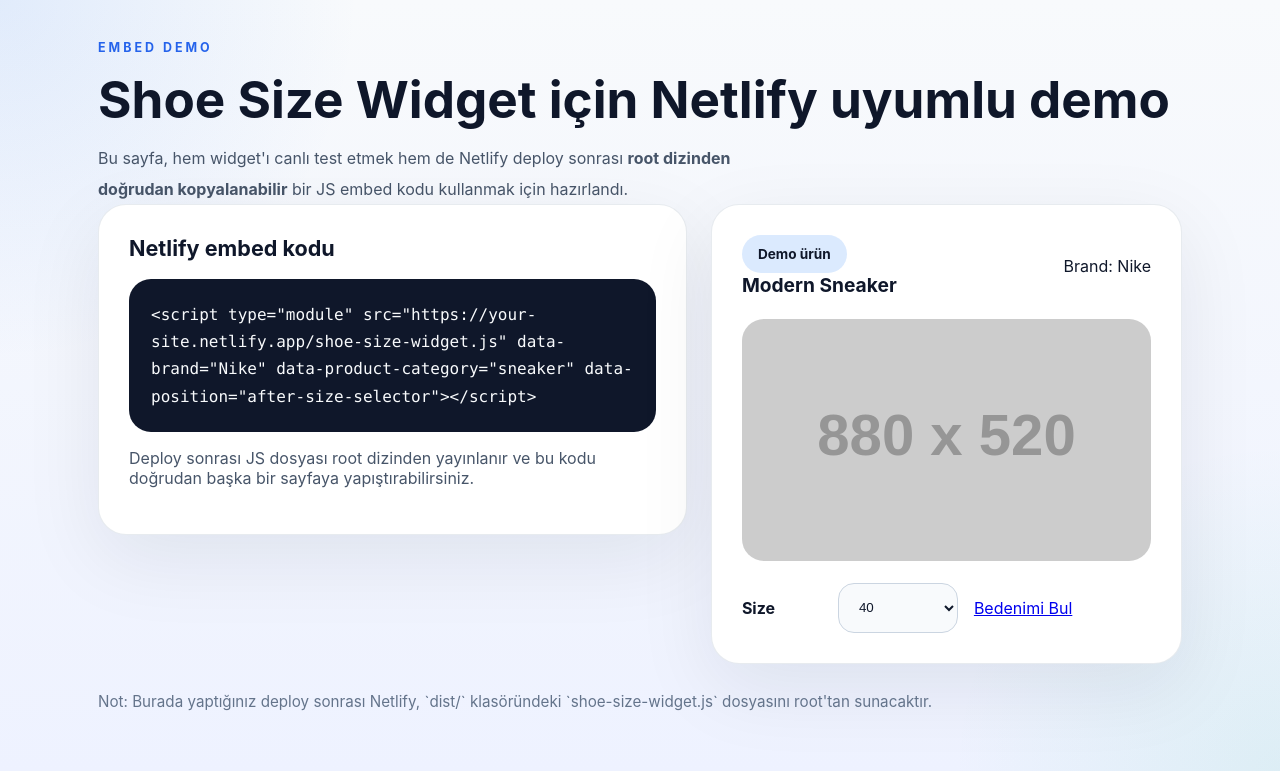
Repository: h-kod/sizeselect
Page: /
An editor plug-in stored every save of this project. The page is shown before and after a run of saves, followed by the edit.
The browser window is 1280 px wide. The pictures show the whole page.
The project was rebuilt for these pictures with package versions that can differ from the ones it lists, and the page was loaded fresh each time. Also part of the build but not shown: vite.config.ts.

Above is the page before, as saved 2026-06-07 05:12:14.

### index.html
<!doctype html>
<html lang="tr">
  <head>
    <meta charset="utf-8" />
    <meta name="viewport" content="width=device-width, initial-scale=1.0" />
    <title>Shoe Size Widget Demo</title>
    <style>
      :root {
        color-scheme: light;
        color: #0f172a;
        background: #f8fafc;
        font-family: Inter, ui-sans-serif, system-ui, -apple-system, BlinkMacSystemFont, "Segoe UI", sans-serif;
      }
      * {
        box-sizing: border-box;
      }
      html, body {
        margin: 0;
        min-height: 100vh;
        overflow-x: hidden;
      }
      body {
        background: radial-gradient(circle at top left, rgba(59,130,246,0.12), transparent 24%),
          radial-gradient(circle at bottom right, rgba(16,185,129,0.08), transparent 22%),
          linear-gradient(180deg, #f8fafc 0%, #eef2ff 100%);
      }
      main {
        max-width: 1120px;
        margin: 0 auto;
        padding: 40px 18px 60px;
      }
      .hero {
        display: grid;
        gap: 28px;
      }
      .hero-headline {
        display: flex;
        flex-direction: column;
        gap: 18px;
      }
      .eyebrow {
        text-transform: uppercase;
        letter-spacing: 0.24em;
        font-size: 0.78rem;
        color: #2563eb;
        font-weight: 700;
      }
      h1 {
        margin: 0;
        font-size: clamp(2.4rem, 4vw, 3.6rem);
        line-height: 1.02;
      }
      .lede {
        margin: 0;
        max-width: 44rem;
        color: #475569;
        font-size: 1rem;
        line-height: 1.9;
      }
      .grid-2 {
        display: grid;
        gap: 24px;
        min-width: 0;
      }
      .card {
        background: #ffffff;
        border: 1px solid rgba(148, 163, 184, 0.22);
        border-radius: 28px;
        box-shadow: 0 24px 80px rgba(15, 23, 42, 0.08);
        padding: 30px;
        min-width: 0;
      }
      .card h2 {
        margin-top: 0;
        margin-bottom: 18px;
        font-size: 1.35rem;
      }
      .product-panel {
        display: grid;
        gap: 22px;
        min-width: 0;
      }
      .product-meta {
        display: flex;
        flex-wrap: wrap;
        justify-content: space-between;
        align-items: center;
        gap: 14px;
        min-width: 0;
      }
      .product-meta strong {
        display: block;
        font-size: 1.2rem;
      }
      .product-meta .tag {
        display: inline-flex;
        padding: 0.7rem 1rem;
        border-radius: 999px;
        color: #0f172a;
        background: #dbeafe;
        font-size: 0.85rem;
        font-weight: 700;
      }
      .product-panel img {
        width: 100%;
        border-radius: 22px;
        min-height: 200px;
        object-fit: cover;
      }
      .control-row {
        display: flex;
        flex-wrap: wrap;
        gap: 16px;
        align-items: center;
      }
      label {
        font-weight: 700;
        min-width: 80px;
      }
      select {
        min-width: 120px;
        padding: 0.95rem 1rem;
        border-radius: 16px;
        border: 1px solid #cbd5e1;
        background: #f8fafc;
        color: #0f172a;
      }
      .code-block {
        margin: 0;
        padding: 22px;
        border-radius: 22px;
        background: #0f172a;
        color: #f8fafc;
        font-family: ui-monospace, SFMono-Regular, Menlo, Monaco, Consolas, "Liberation Mono", "Courier New", monospace;
        line-height: 1.7;
        white-space: pre-wrap;
        word-break: break-word;
      }
      .note {
        margin-top: 16px;
        color: #475569;
      }
      .feature-list li {
        padding-left: 28px;
        position: relative;
      }
      .feature-list li::before {
        content: "✔";
        position: absolute;
        left: 0;
        top: 0;
        color: #2563eb;
      }
      footer {
        margin-top: 28px;
        color: #64748b;
        font-size: 0.95rem;
      }
      @media (min-width: 960px) {
        .grid-2 {
          grid-template-columns: 1fr 0.8fr;
          align-items: start;
        }
      }
      @media (max-width: 720px) {
        main {
          padding: 28px 18px 40px;
        }
        .product-meta {
          flex-direction: column;
          align-items: flex-start;
        }
      }
    </style>
  </head>
  <body>
    <main>
      <section class="hero-headline">
        <span class="eyebrow">Embed demo</span>
        <h1>Shoe Size Widget için Netlify uyumlu demo</h1>
        <p class="lede">Bu sayfa, hem widget'ı canlı test etmek hem de Netlify deploy sonrası <strong>root dizinden doğrudan kopyalanabilir</strong> bir JS embed kodu kullanmak için hazırlandı.</p>
      </section>

      <section class="grid-2">
        <article class="card">
          <h2>Netlify embed kodu</h2>
          <pre class="code-block">&lt;script type="module" src="https://your-site.netlify.app/shoe-size-widget.js" data-brand="Nike" data-product-category="sneaker" data-position="after-size-selector"&gt;&lt;/script&gt;</pre>
          <p class="note">Deploy sonrası JS dosyası root dizinden yayınlanır ve bu kodu doğrudan başka bir sayfaya yapıştırabilirsiniz.</p>
        </article>

        <article class="card product-panel">
          <div class="product-meta">
            <div>
              <span class="tag">Demo ürün</span>
              <strong>Modern Sneaker</strong>
            </div>
            <span>Brand: Nike</span>
          </div>
          <img src="https://via.placeholder.com/880x520?text=Modern+Sneaker" alt="Modern Sneaker" />
          <div class="control-row">
            <label for="size-select">Size</label>
            <select id="size-select" name="size">
              <option>40</option>
              <option>41</option>
              <option>42</option>
              <option>42.5</option>
              <option>43</option>
              <option>44</option>
            </select>
          </div>
        </article>
      </section>

      <footer>Not: Burada yaptığınız deploy sonrası Netlify, `dist/` klasöründeki `shoe-size-widget.js` dosyasını root'tan sunacaktır.</footer>
    </main>

    <script type="module" src="/src/widget/embed.ts" data-brand="Nike" data-product-category="sneaker" data-position="after-size-selector"></script>
  </body>
</html>

### src/widget/embed.ts
import React from 'react'
import { createRoot } from 'react-dom/client'
import ShoeSizeWidget from './ShoeSizeWidget'
import cssText from '../styles/widget.css?inline'

function injectIntoShadow(rootEl:HTMLElement, brand:string){
  const host = document.createElement('div')
  const shadow = host.attachShadow({mode:'open'})
  const style = document.createElement('style')
  style.textContent = cssText
  shadow.appendChild(style)
  const mount = document.createElement('div')
  shadow.appendChild(mount)
  rootEl.appendChild(host)
  const r = createRoot(mount)
  r.render(React.createElement(ShoeSizeWidget,{targetBrand:brand}))
}

function findInsertTarget(position:string){
  if(position === 'after-size-selector'){
    const sel = document.querySelector('select[name*="size"], select[id*="size"], select')
    if(sel && sel.parentElement) return sel.parentElement
  }
  return document.body
}

function init(){
  const script = document.currentScript as HTMLScriptElement | null
  const brand = script?.dataset.brand || 'Nike'
  const pos = script?.dataset.position || 'after-size-selector'
  const target = findInsertTarget(pos)
  if(!target) return
  // create small link if there's no obvious size area
  const wrapper = document.createElement('div')
  wrapper.style.display = 'inline-block'
  const link = document.createElement('a')
  link.textContent = 'Bedenimi Bul'
  link.href = '#'
  link.className = 'ssw-open-link'
  link.onclick = (e)=>{ e.preventDefault(); injectIntoShadow(wrapper, brand); document.querySelector('.ssw-open-link')?.remove() }
  wrapper.appendChild(link)
  target.appendChild(wrapper)
}

init()

### src/styles/widget.css
:host{font-family:Inter,system-ui,Segoe UI,Roboto,"Helvetica Neue",Arial;color:#111;line-height:1.5;box-sizing:border-box}
*,*:before,*:after{box-sizing:inherit}
.ssw-overlay{position:fixed;inset:0;background:rgba(15,23,42,0.35);backdrop-filter:blur(2px);z-index:9998}
.ssw-drawer{position:fixed;right:0;top:0;height:100%;width:420px;max-width:100%;background:#ffffff;box-shadow:-18px 0 44px rgba(15,23,42,0.18);z-index:9999;transform:translateX(100%);transition:transform .28s ease,box-shadow .28s ease;display:flex;flex-direction:column}
.ssw-drawer.open{transform:translateX(0)}
.ssw-header{padding:24px 24px 16px;border-bottom:1px solid #f1f5f9;background:#fff}
.ssw-title{margin:0;font-size:1.25rem;font-weight:700;letter-spacing:-0.02em}
.ssw-subtitle{margin:10px 0 0;color:#475569;font-size:0.95rem;max-width:92%}
.ssw-body{padding:16px 24px 120px;overflow:auto;flex:1}
.ssw-footer{position:absolute;left:0;right:0;bottom:0;padding:16px 24px;border-top:1px solid #f1f5f9;background:#fff;display:flex;gap:12px;justify-content:space-between;align-items:center}
.ssw-button{background:#0f172a;color:#fff;padding:14px 18px;border-radius:14px;border:none;font-weight:700;cursor:pointer;min-width:140px;transition:transform .16s ease,background .16s ease}
.ssw-button:hover{transform:translateY(-1px);background:#0b1220}
.ssw-secondary{background:#f1f5f9;color:#0f172a}
.ssw-secondary:hover{background:#e2e8f0}
.ssw-link{color:#2563eb;cursor:pointer;text-decoration:none;font-weight:600}
.ssw-footer .ssw-link{font-size:0.95rem}
.result-card{padding:18px;border-radius:20px;background:linear-gradient(180deg,rgba(236,246,255,0.95),#f8fbff);border:1px solid #dbeafe;box-shadow:0 8px 24px rgba(15,23,42,0.06)}
.ssw-section{margin-top:22px}
.ssw-section:first-of-type{margin-top:0}
.ssw-label{display:block;margin-bottom:10px;font-size:0.95rem;font-weight:600;color:#334155}
.ssw-input,
.ssw-select,
.ssw-textarea{width:100%;border:1px solid #e2e8f0;border-radius:14px;padding:12px 14px;font-size:0.95rem;color:#0f172a;background:#fff;outline:none;transition:border-color .16s ease,box-shadow .16s ease}
.ssw-input:focus,
.ssw-select:focus{border-color:#2563eb;box-shadow:0 0 0 4px rgba(37,99,235,0.12)}
.ssw-pill-group{display:flex;flex-wrap:wrap;gap:10px}
.ssw-pill{border:1px solid #e2e8f0;border-radius:999px;padding:10px 14px;font-size:0.95rem;background:#f8fafc;color:#0f172a;cursor:pointer;transition:transform .16s ease,background .16s ease,border-color .16s ease}
.ssw-pill.active{background:#0f172a;color:#fff;border-color:#0f172a}
.ssw-pill:hover{transform:translateY(-1px);background:#e2e8f0}
.ssw-brand-grid{display:grid;grid-template-columns:repeat(2,minmax(0,1fr));gap:12px;margin-top:12px}
.ssw-brand-card{display:flex;align-items:center;gap:12px;padding:14px 16px;border-radius:18px;border:1px solid #e2e8f0;background:#fff;cursor:pointer;transition:transform .16s ease,box-shadow .16s ease,border-color .16s ease;text-align:left}
.ssw-brand-card:hover{transform:translateY(-1px);box-shadow:0 16px 40px rgba(15,23,42,0.08)}
.ssw-brand-card.active{border-color:#2563eb;box-shadow:0 20px 45px rgba(37,99,235,0.16)}
.ssw-brand-avatar{display:inline-flex;align-items:center;justify-content:center;width:40px;height:40px;border-radius:50%;color:#fff;font-weight:700;font-size:0.95rem;flex-shrink:0}
.ssw-brand-card strong{display:block;font-size:0.95rem;margin-bottom:4px;color:#111827}
.ssw-brand-card small{display:block;color:#64748b;font-size:0.82rem}
.ssw-chip{display:inline-flex;align-items:center;gap:8px;padding:10px 14px;border-radius:14px;background:#eff6ff;color:#0f172a;border:1px solid #dbeafe;font-size:0.95rem}
.ssw-tile{padding:16px;border-radius:20px;background:#f8fafc;border:1px solid #e2e8f0}
.ssw-stepper{display:flex;gap:8px;flex-wrap:wrap;margin-bottom:18px}
.ssw-step{padding:8px 12px;border-radius:999px;font-size:0.85rem;background:#f8fafc;color:#475569}
.ssw-step.active{background:#0f172a;color:#fff}
.ssw-description{color:#475569;font-size:0.95rem;line-height:1.7;margin-top:12px}
.ssw-section-note{margin-top:10px;color:#64748b;font-size:0.92rem;line-height:1.6}
.ssw-brand-grid{display:grid;grid-template-columns:1fr;gap:12px;margin-top:12px}
.ssw-brand-card{width:100%;min-height:92px}
@media(max-width:640px){
  .ssw-drawer{width:100%;max-width:100%;border-top-left-radius:18px;border-top-right-radius:18px}
  .ssw-header{border-radius:0 0 18px 18px}
  .ssw-body{padding:18px 18px 140px}
  .ssw-footer{padding:16px 18px}
}

### src/widget/drawer.tsx
import React, { useEffect, useRef } from 'react'

export default function Drawer({open,onClose,children}:{open:boolean,onClose:()=>void,children:any}){
  const ref = useRef<HTMLDivElement|null>(null)
  useEffect(()=>{
    function onKey(e:KeyboardEvent){ if(e.key==='Escape') onClose() }
    if(open) document.addEventListener('keydown',onKey)
    return ()=> document.removeEventListener('keydown',onKey)
  },[open])
  return (
    <div>
      {open && <div className="ssw-overlay" onClick={onClose} />}
      <aside ref={ref} className={`ssw-drawer${open? ' open':''}`} role="dialog" aria-label="Ayakkabı numarası asistanı">
        <header className="ssw-header">
          <div style={{display:'flex',justifyContent:'space-between',alignItems:'center',gap:12}}>
            <div>
              <p className="ssw-title">Ayakkabı Numaranı Doğrula</p>
              <p className="ssw-subtitle">Kullandığın markadaki numarana göre bu üründe sana en yakın bedeni bulalım.</p>
            </div>
            <button type="button" className="ssw-secondary" onClick={onClose}>Kapat</button>
          </div>
        </header>
        <div className="ssw-body">{children}</div>
      </aside>
    </div>
  )
}

### src/components/BrandSelector.tsx
import React from 'react'
import { brandMeta } from '../data/brandMeta'

const BRANDS = Object.keys(brandMeta) as Array<keyof typeof brandMeta>

export default function BrandSelector({value,onChange}:{value:string,onChange:(v:string)=>void}){
  return (
    <div className="ssw-section">
      <label className="ssw-label">Daha önce hangi markayı giydin?</label>
      <div className="ssw-brand-grid">
        {BRANDS.map(b => {
          const meta = brandMeta[b]
          return (
            <button key={b} type="button" className={`ssw-brand-card ${value===b? 'active':''}`} onClick={()=>onChange(b)}>
              <span className="ssw-brand-avatar" style={{backgroundColor:meta.color}}>{meta.label}</span>
              <span>
                <strong>{meta.display}</strong>
                <small>{meta.caption}</small>
              </span>
            </button>
          )
        })}
      </div>
    </div>
  )
}

### src/components/SizeSelector.tsx
import React from 'react'

export default function SizeSelector({system,options,value,onChange}:{system:string,options:number[]|string[],value:string,onChange:(v:string)=>void}){
  return (
    <div className="ssw-section">
      <label className="ssw-label">Mevcut numaran</label>
      <div className="ssw-chip">{system}</div>
      <select className="ssw-select" value={value} onChange={e=>onChange(e.target.value)}>
        {options.map(o=> <option key={String(o)} value={String(o)}>{String(o)}</option>)}
      </select>
    </div>
  )
}

### src/components/FitPreference.tsx
import React from 'react'

export default function FitPreference({value,onChange}:{value:string,onChange:(v:string)=>void}){
  const opts = [{k:'dar',t:'Dar seviyorum'},{k:'normal',t:'Tam otursun'},{k:'rahat',t:'Rahat olsun'},{k:'tarakli',t:'Ayağım taraklı'}]
  return (
    <div className="ssw-section">
      <label className="ssw-label">Fit tercihin</label>
      <div className="ssw-pill-group">
        {opts.map(o=> (
          <button key={o.k} type="button" className={`ssw-pill ${value===o.k? 'active':''}`} onClick={()=>onChange(o.k)}>{o.t}</button>
        ))}
      </div>
    </div>
  )
}

### src/components/ResultCard.tsx
import React from 'react'

export default function ResultCard({recommended,alternative,fitNote,confidence}:{recommended:string,alternative:string,fitNote?:string,confidence?:number}){
  return (
    <div className="ssw-section">
      <div className="result-card">
        <div style={{display:'flex',justifyContent:'space-between',alignItems:'center',gap:12}}>
          <div>
            <p style={{margin:0,fontSize:'0.95rem',color:'#64748b'}}>Önerilen beden</p>
            <p style={{margin:'6px 0 0',fontSize:'1.5rem',fontWeight:700}}>{recommended}</p>
          </div>
          <div style={{textAlign:'right'}}>
            <p style={{margin:'0 0 6px',fontSize:'0.85rem',color:'#475569'}}>Güven</p>
            <p style={{margin:0,fontSize:'1rem',fontWeight:700}}>{confidence}%</p>
          </div>
        </div>
        <div style={{marginTop:18,display:'grid',gap:10}}>
          <div style={{display:'flex',justifyContent:'space-between'}}><span style={{color:'#475569'}}>Alternatif</span><strong>{alternative}</strong></div>
          {fitNote && <div style={{color:'#475569'}}>{fitNote}</div>}
          <div style={{background:'#eef2ff',borderRadius:14,padding:'12px 14px',color:'#0f172a'}}>
            Ayağın taraklıysa {recommended}, normal kalıpsa {alternative} tercih edebilirsin.
          </div>
        </div>
      </div>
    </div>
  )
}

### src/components/FootMeasureForm.tsx
import React, { useState } from 'react'

export default function FootMeasureForm({onMeasure}:{onMeasure:(cm:number)=>void}){
  const [val,setVal] = useState('26.5')
  return (
    <div className="ssw-section">
      <label className="ssw-label">Ayağımı ölçerek bul</label>
      <div className="ssw-tile">
        <div style={{display:'flex',gap:10,flexWrap:'wrap',alignItems:'center'}}>
          <input className="ssw-input" value={val} onChange={e=>setVal(e.target.value)} placeholder="26.5" />
          <button type="button" className="ssw-button" onClick={()=>onMeasure(Number(val))}>Hesapla</button>
        </div>
        <p className="ssw-section-note">Topuğunu duvara yasla, en uzun parmağa kadar ölç. Sonra değeri gir.</p>
      </div>
    </div>
  )
}

### src/utils/sizeConverter.ts
import { brandSizeProfiles } from '../data/brandSizeProfiles'

export type SizeSystem = 'EU' | 'US' | 'UK' | 'CM'

export function toCm(brand: string, value: number, system: SizeSystem) {
  const profile: any = (brandSizeProfiles as any)[brand]
  if (!profile) return null
  if (system === 'CM') return value
  const sizes = profile.sizes
  // find closest in given system
  const key = system.toLowerCase()
  let closest = sizes[0]
  let min = Infinity
  for (const s of sizes) {
    const v = (s as any)[key === 'us' ? 'us_m' : key === 'uk' ? 'uk_m' : 'eu']
    if (v == null) continue
    const diff = Math.abs(v - value)
    if (diff < min) {
      min = diff
      closest = s
    }
  }
  return closest.cm
}

export function findNearestSizeByCm(brand: string, cm: number) {
  const profile: any = (brandSizeProfiles as any)[brand]
  if (!profile) return null
  let best = profile.sizes[0]
  let min = Math.abs(best.cm - cm)
  for (const s of profile.sizes) {
    const d = Math.abs(s.cm - cm)
    if (d < min) {
      min = d
      best = s
    }
  }
  return best
}

export function applyFitPreference(euSize:number, pref:string){
  if(pref === 'dar') return euSize - 0.5
  if(pref === 'rahat' || pref==='tarakli') return euSize + 0.5
  return euSize
}

### src/data/brandSizeProfiles.ts
export const brandSizeProfiles = {
  Nike: {
    fitNote: 'Genellikle dar/standart kalıp. Bazı modellerde yarım numara büyük tercih edilebilir.',
    offsetFromStandard: 0.5,
    sizes: [
      { eu: 40, us_m: 7, uk_m: 6, cm: 25 },
      { eu: 41, us_m: 8, uk_m: 7, cm: 26 },
      { eu: 42, us_m: 8.5, uk_m: 7.5, cm: 26.5 },
      { eu: 42.5, us_m: 9, uk_m: 8, cm: 27 },
      { eu: 43, us_m: 9.5, uk_m: 8.5, cm: 27.5 }
    ]
  },
  Adidas: {
    fitNote: 'Genellikle standart kalıp. Nike’a göre bazı modellerde biraz daha geniş hissedilebilir.',
    offsetFromStandard: 0,
    sizes: [
      { eu: 40, us_m: 7, uk_m: 6, cm: 25.2 },
      { eu: 41, us_m: 8, uk_m: 7, cm: 26.1 },
      { eu: 42, us_m: 8.5, uk_m: 7.5, cm: 26.6 },
      { eu: 42.5, us_m: 9, uk_m: 8, cm: 27.1 },
      { eu: 43, us_m: 9.5, uk_m: 8.5, cm: 27.6 }
    ]
  }
} as const

### src/utils/domIntegration.ts
export function findSizeElement() {
  // try select
  const selectors = ['select[name*="size"]','select[id*="size"]','select']
  for(const sel of selectors){
    const el = document.querySelector(sel) as HTMLSelectElement | null
    if(el && el.options.length>0) return el
  }
  // radios
  const radios = Array.from(document.querySelectorAll('input[type="radio"]'))
  if(radios.length) return radios[0].closest('form') || radios[0]
  return null
}

export function trySelectSize(value:string){
  try{
    const sel = findSizeElement() as HTMLSelectElement | null
    if(sel && sel.tagName === 'SELECT'){
      const target = String(value).trim()
      const numericTarget = Number(target.replace(/[^\\d.]/g,''))
      // exact text match
      for(const [i,opt] of Array.from(sel.options).entries()){
        const text = opt.textContent? opt.textContent.trim() : ''
        if(text === target){ sel.selectedIndex = i; sel.dispatchEvent(new Event('change',{bubbles:true})); return true }
        const num = Number(text.replace(/[^\d.]/g,''))
        if(!Number.isNaN(num) && !Number.isNaN(numericTarget) && Math.abs(num - numericTarget) < 0.001){ sel.selectedIndex = i; sel.dispatchEvent(new Event('change',{bubbles:true})); return true }
      }
      // nearest numeric fallback
      if(!Number.isNaN(numericTarget)){
        let bestIndex = -1
        let bestDiff = Infinity
        for(const [i,opt] of Array.from(sel.options).entries()){
          const text = opt.textContent? opt.textContent.trim() : ''
          const num = Number(text.replace(/[^\d.]/g,''))
          if(Number.isNaN(num)) continue
          const d = Math.abs(num - numericTarget)
          if(d < bestDiff){ bestDiff = d; bestIndex = i }
        }
        if(bestIndex >= 0){ sel.selectedIndex = bestIndex; sel.dispatchEvent(new Event('change',{bubbles:true})); return true }
      }
    }
    // radios
    const radios = Array.from(document.querySelectorAll('input[type="radio"]')) as HTMLInputElement[]
    for(const r of radios){
      const label = (r.nextElementSibling && r.nextElementSibling.textContent) || r.value
      if(label && label.trim()===value){
        r.checked = true
        r.dispatchEvent(new Event('change',{bubbles:true}))
        return true
      }
    }
  }catch(e){ console.warn('select error',e) }
  return false
}

### src/data/brandMeta.ts
export const brandMeta = {
  Nike: { label: 'NI', display: 'Nike', color: '#111111', caption: 'Hafif dar kalıp' },
  Adidas: { label: 'AD', display: 'Adidas', color: '#000000', caption: 'Standart kalıp' },
  Puma: { label: 'PU', display: 'Puma', color: '#d62828', caption: 'Sportif ve sıkı' },
  'New Balance': { label: 'NB', display: 'New Balance', color: '#1f2937', caption: 'Rahat günlük kullanıma' },
  Converse: { label: 'CV', display: 'Converse', color: '#0f172a', caption: 'Klasik sneaker uyumu' },
  Vans: { label: 'VA', display: 'Vans', color: '#111827', caption: 'Kaykaycı tarzı' },
  Reebok: { label: 'RB', display: 'Reebok', color: '#0f766e', caption: 'Aktif spor kalıbı' },
  Skechers: { label: 'SK', display: 'Skechers', color: '#334155', caption: 'Konfor odaklı' }
} as const

Loaded but not shown: src/widget/ShoeSizeWidget.tsx (125 lines, source omitted)

After the next 2 saves:
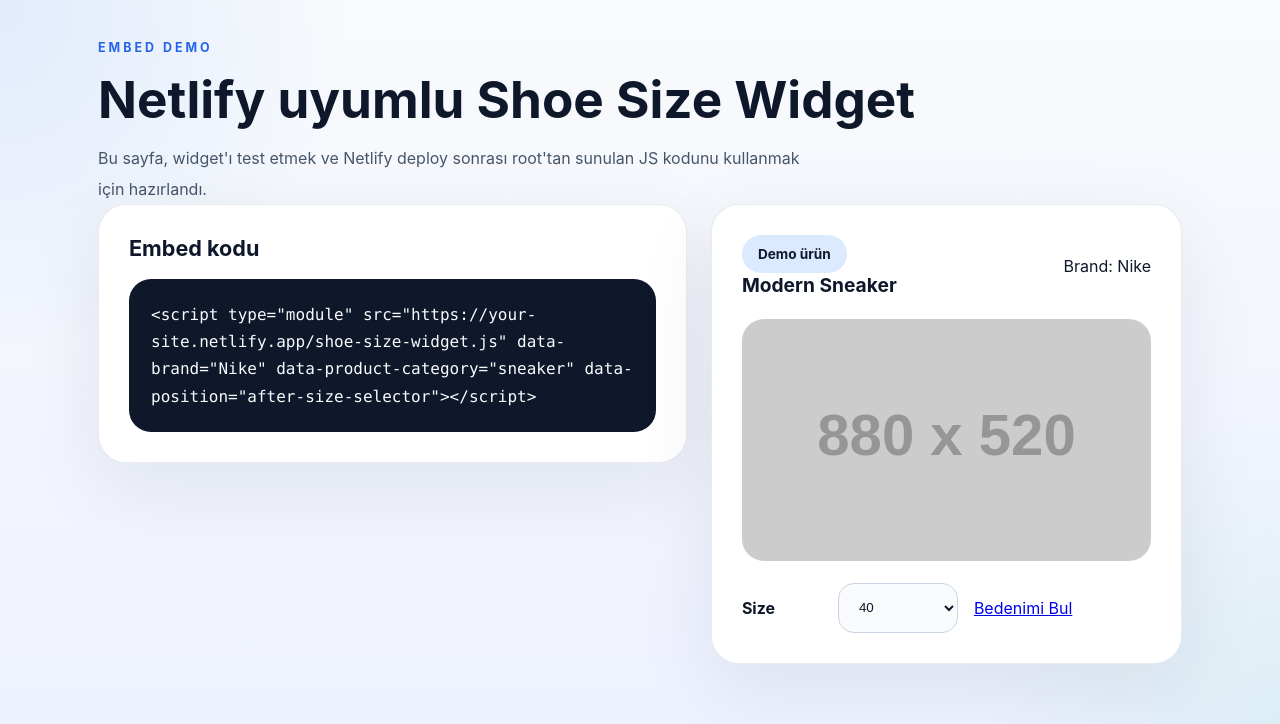
The 2 saves are shown as one change because they came seconds apart.
The last was saved 21 s later.
--- a/index.html
+++ b/index.html
@@ -177,15 +177,14 @@
     <main>
       <section class="hero-headline">
         <span class="eyebrow">Embed demo</span>
-        <h1>Shoe Size Widget için Netlify uyumlu demo</h1>
-        <p class="lede">Bu sayfa, hem widget'ı canlı test etmek hem de Netlify deploy sonrası <strong>root dizinden doğrudan kopyalanabilir</strong> bir JS embed kodu kullanmak için hazırlandı.</p>
+        <h1>Netlify uyumlu Shoe Size Widget</h1>
+        <p class="lede">Bu sayfa, widget'ı test etmek ve Netlify deploy sonrası root'tan sunulan JS kodunu kullanmak için hazırlandı.</p>
       </section>
 
       <section class="grid-2">
         <article class="card">
-          <h2>Netlify embed kodu</h2>
+          <h2>Embed kodu</h2>
           <pre class="code-block">&lt;script type="module" src="https://your-site.netlify.app/shoe-size-widget.js" data-brand="Nike" data-product-category="sneaker" data-position="after-size-selector"&gt;&lt;/script&gt;</pre>
-          <p class="note">Deploy sonrası JS dosyası root dizinden yayınlanır ve bu kodu doğrudan başka bir sayfaya yapıştırabilirsiniz.</p>
         </article>
 
         <article class="card product-panel">
@@ -211,7 +210,6 @@
         </article>
       </section>
 
-      <footer>Not: Burada yaptığınız deploy sonrası Netlify, `dist/` klasöründeki `shoe-size-widget.js` dosyasını root'tan sunacaktır.</footer>
     </main>
 
     <script type="module" src="/src/widget/embed.ts" data-brand="Nike" data-product-category="sneaker" data-position="after-size-selector"></script>
